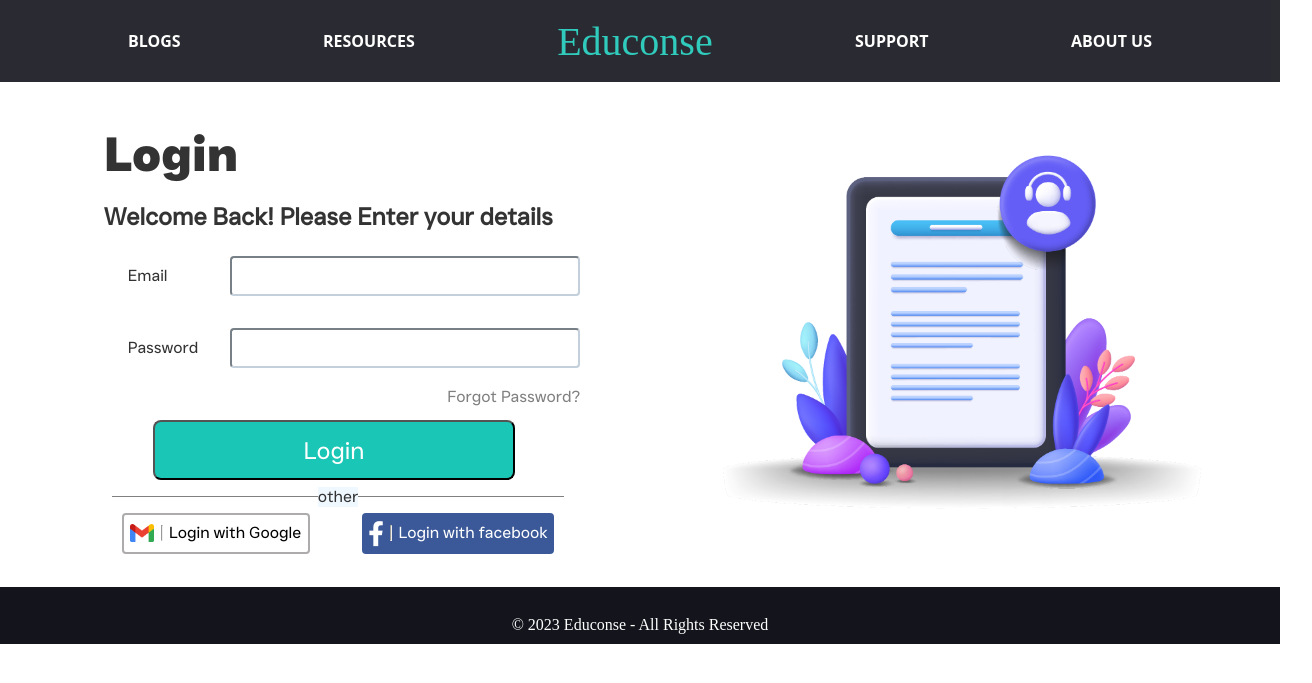
Repository: devajay07/educonse
Page: pages/login.html
The author's editor kept a copy of each file at every save. The page is drawn from the files as they stood at one save, then again after the next save.
The browser window is 1280 px wide. The page is 1312 px wide, so the pictures cover 1312 px, including what lies to the right of the window. The pictures show the whole page.

Above is the page before, as saved 2023-10-15 03:34:06.

After the next save:
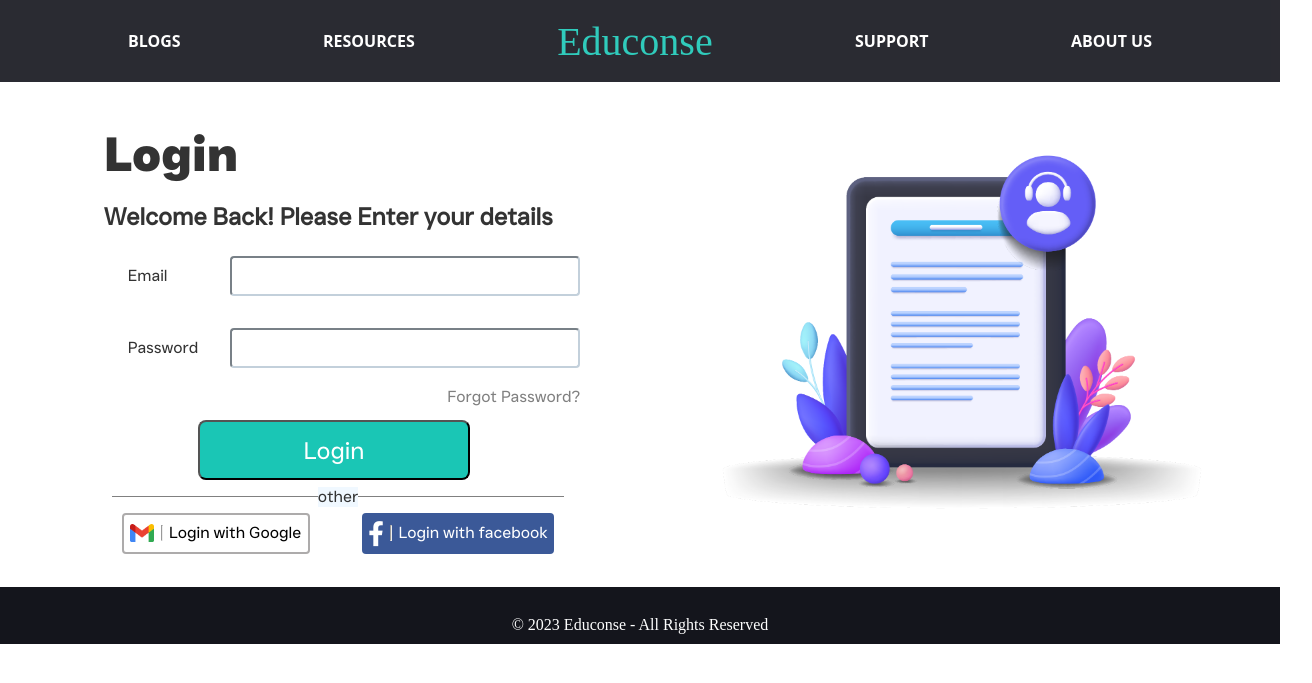
Saved 14 s later.
--- a/css/login.css
+++ b/css/login.css
@@ -58,7 +58,7 @@ input[type=password] {
 
 #submit {
   height: 60px;
-  width:80%;
+  width:60%;
   background-color: var(--brand-color);
   color: var(--white);
   font-family: var(--brand-reg);
